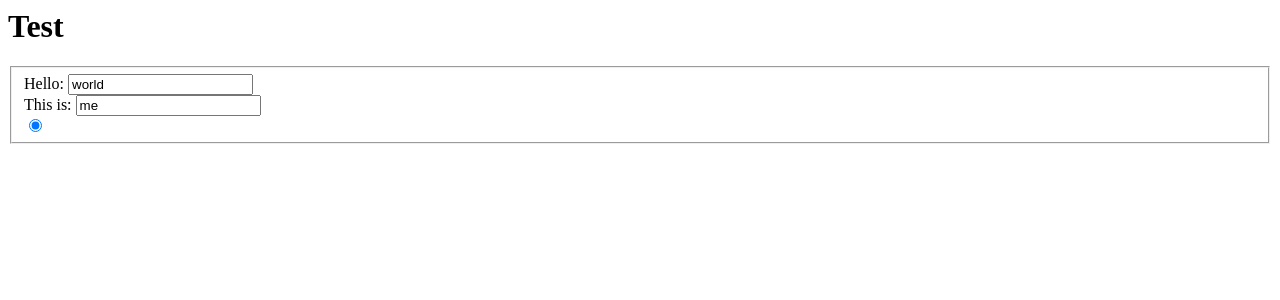
Repository: DannyProjects/PdfEditor
Page: pdf-editor/src/main/resources/html/form.html
These files come from the project's save history. The page is drawn as it stood at one moment and after the next save; the edit follows.
The browser window is 1280 px wide. The pictures show the whole page.

Above is the page before, as saved 2018-07-01 19:51:41.

### pdf-editor/src/main/resources/html/form.html
<html>
<head><title>Test</title></head>
<body>
<h1>Test</h1>
<form>
<fieldset>
Hello: <input type="text" name="place" value="world"><br>
This is: <input type="text" name="who" value="me"><br>
<input type="radio" name="test" checked="checked" >
</fieldset>
</form>
</body>
</html>

After the next save:
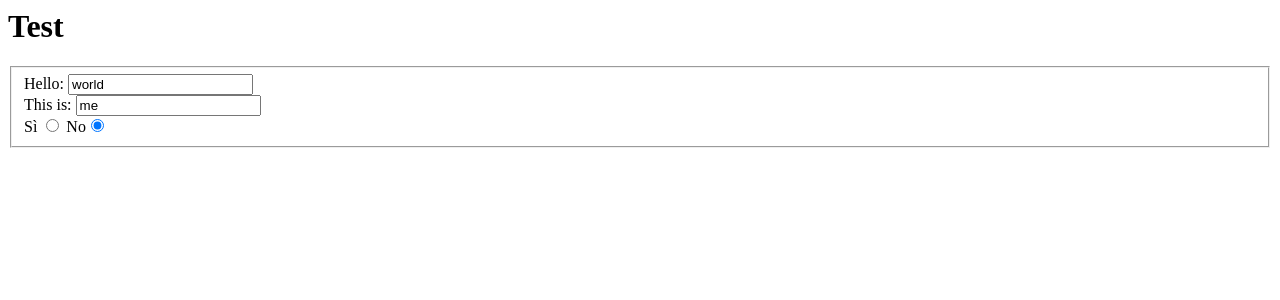
Saved 5 min 38 s later.
--- a/pdf-editor/src/main/resources/html/form.html
+++ b/pdf-editor/src/main/resources/html/form.html
@@ -6,7 +6,8 @@
 <fieldset>
 Hello: <input type="text" name="place" value="world"><br>
 This is: <input type="text" name="who" value="me"><br>
-<input type="radio" name="test" checked="checked" >
+Sì <input type="radio" value="S" name="test" checked="checked"  >
+No<input type="radio" value="N" name="test" checked="checked"  >
 </fieldset>
 </form>
 </body>
